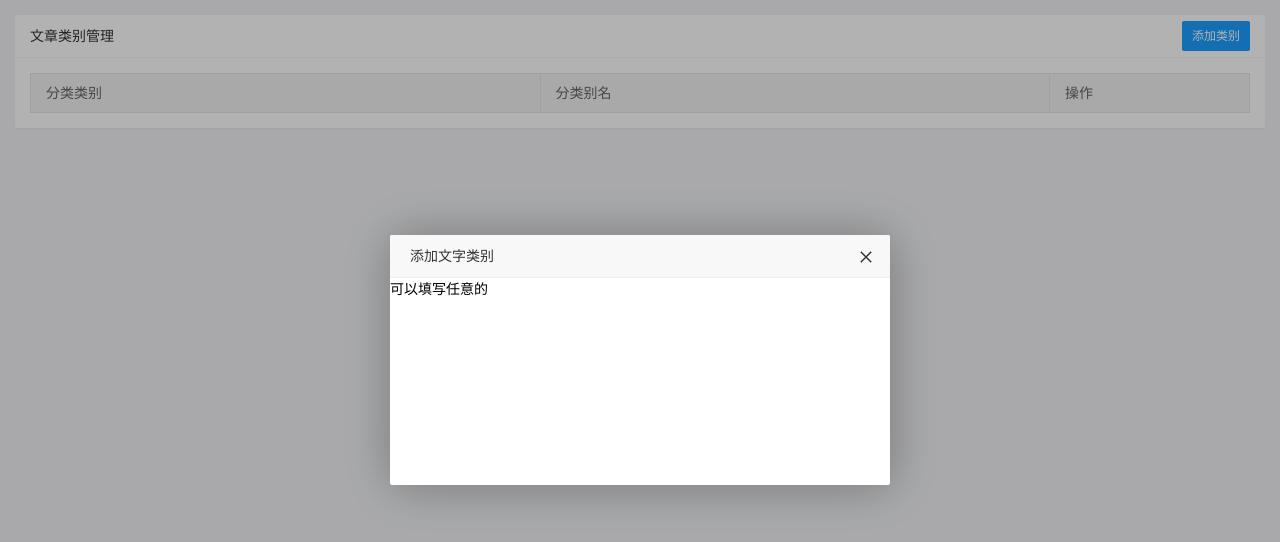
Repository: keyboying1/web_bigevent
Page: article/art_cate.html
These files come from the project's save history. The page is drawn as it stood at one moment and after the next save; the edit follows.
The browser window is 1280 px wide. The pictures show the whole page.
After loading, the first visible `#addBtnCate` was clicked once.
The page's requests for data from a server got no answer.

Above is the page before, as saved 2022-11-21 15:15:40.
Console error: TypeError: Cannot read properties of undefined (reading 'status')

After the next save:
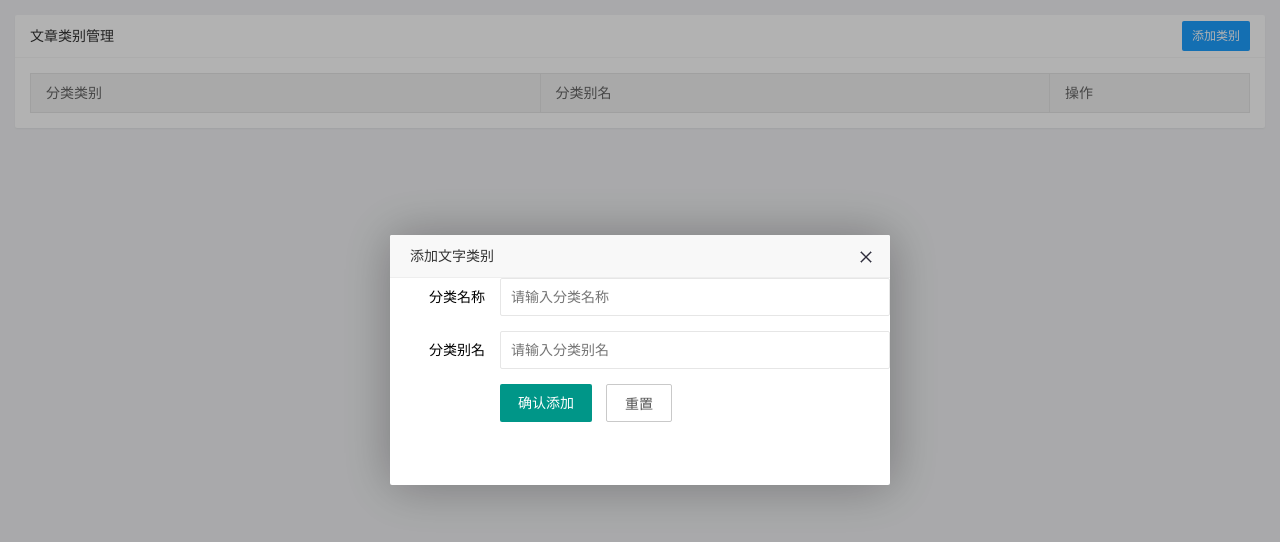
Saved 10 s later.
--- a/assets/js/article/art_cate.js
+++ b/assets/js/article/art_cate.js
@@ -19,7 +19,7 @@ $(function(){
         type:1,
         area:['500px','250px'],
         title:'添加文字类别',
-        content:'可以填写任意的'
+        content: $('#dialog-add').html()
     })
   })
 })
